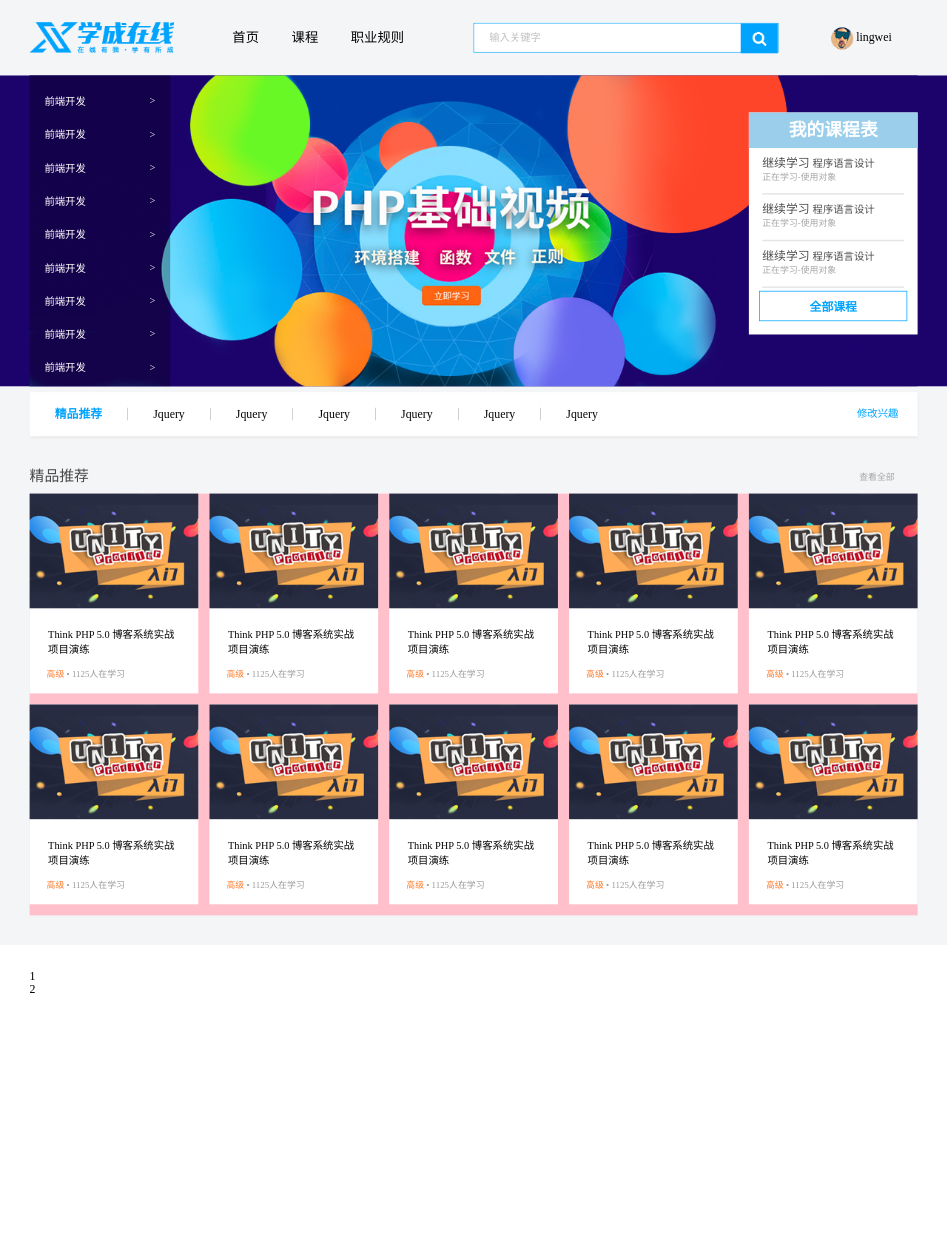
Repository: DengBiHua/xcdx
Page: index.html
These files come from the project's save history. The page is drawn as it stood at one moment and after the next save; the edit follows.
The browser window is 1280 px wide. The pictures show the whole page, at 74% of full size.

Above is the page before, as saved 2022-04-15 10:53:38.

### index.html
<!DOCTYPE html>
<html lang="en">
<head>
    <meta charset="UTF-8">
    <meta http-equiv="X-UA-Compatible" content="IE=edge">
    <meta name="viewport" content="width=device-width, initial-scale=1.0">
    <title>学成在线</title>
    <link rel="stylesheet" href="css/index.css">
</head>
<body>
    <!-- 头部 -->
    <div class="header wrapper">
        <h1>
            <a href="#">
                <img src="images/logo.png" alt="">
            </a>
        </h1>
        <!-- 导航 -->
        <div class="nav">
            <ul>
                <li><a href="#">首页</a></li>
                <li><a href="#">课程</a></li>
                <li><a href="#">职业规则</a></li>
            </ul>
        </div>
        <!-- 搜索 -->
        <div class="search">
            <input type="text" placeholder="输入关键字">
            <button></button>
        </div>
        <!-- 用户 -->
        <div class="user">
            <img src="./images/user.png" alt="">
            <span>lingwei</span>
        </div>
    </div>
    <div class="banner">
        <div class="wrapper">
            <div class="left">
                <ul>
                    <li><a href="#">前端开发<span>></span></a></li>
                    <li><a href="#">前端开发<span>></span></a></li>
                    <li><a href="#">前端开发<span>></span></a></li>
                    <li><a href="#">前端开发<span>></span></a></li>
                    <li><a href="#">前端开发<span>></span></a></li>
                    <li><a href="#">前端开发<span>></span></a></li>
                    <li><a href="#">前端开发<span>></span></a></li>
                    <li><a href="#">前端开发<span>></span></a></li>
                    <li><a href="#">前端开发<span>></span></a></li>
                </ul>
            </div>
            <div class="right">
                <h2>我的课程表</h2>
                <div class="content">
                    <dl>
                        <dt>
                            <span class="titleLeft">继续学习</span>
                            <span class="titleRight">程序语言设计</span>
                        </dt>
                        <dd>正在学习-使用对象</dd>
                    </dl>
                    <dl>
                        <dt>
                            <span class="titleLeft">继续学习</span>
                            <span class="titleRight">程序语言设计</span>
                        </dt>
                        <dd>正在学习-使用对象</dd>
                    </dl>
                    <dl>
                        <dt>
                            <span class="titleLeft">继续学习</span>
                            <span class="titleRight">程序语言设计</span>
                        </dt>
                        <dd>正在学习-使用对象</dd>
                    </dl>
                </div>
                <a href="#" class="all">全部课程</a>
            </div>
        </div>
    </div>
    <!-- 精品推荐 -->
    <div class="recommend wrapper">
        <h2>精品推荐</h2>
        <ul>
            <li><a href="#">Jquery</a></li>
            <li><a href="#">Jquery</a></li>
            <li><a href="#">Jquery</a></li>
            <li><a href="#">Jquery</a></li>
            <li><a href="#">Jquery</a></li>
            <li><a href="#">Jquery</a></li>
        </ul>
        <a href="#" class="interest">修改兴趣</a>
    </div>
    <div class="recommendDetail wrapper">
        <div class="title">
            <h2>精品推荐</h2>
            <a href="#">查看全部</a>
        </div>
        <div class="content clearfix">
            <ul>
                <li>
                    <a href="#">
                        <img src="./images/course07.png" alt="">
                        <h3>Think PHP 5.0 博客系统实战项目演练</h3>
                        <p><span>高级</span>  •  1125人在学习</p>
                    </a>
                </li>
                <li>
                    <a href="#">
                        <img src="./images/course07.png" alt="">
                        <h3>Think PHP 5.0 博客系统实战项目演练</h3>
                        <p><span>高级</span>  •  1125人在学习</p>
                    </a>
                </li>
                <li>
                    <a href="#">
                        <img src="./images/course07.png" alt="">
                        <h3>Think PHP 5.0 博客系统实战项目演练</h3>
                        <p><span>高级</span>  •  1125人在学习</p>
                    </a>
                </li>
                <li>
                    <a href="#">
                        <img src="./images/course07.png" alt="">
                        <h3>Think PHP 5.0 博客系统实战项目演练</h3>
                        <p><span>高级</span>  •  1125人在学习</p>
                    </a>
                </li>
                <li>
                    <a href="#">
                        <img src="./images/course07.png" alt="">
                        <h3>Think PHP 5.0 博客系统实战项目演练</h3>
                        <p><span>高级</span>  •  1125人在学习</p>
                    </a>
                </li>
                <li>
                    <a href="#">
                        <img src="./images/course07.png" alt="">
                        <h3>Think PHP 5.0 博客系统实战项目演练</h3>
                        <p><span>高级</span>  •  1125人在学习</p>
                    </a>
                </li>
                <li>
                    <a href="#">
                        <img src="./images/course07.png" alt="">
                        <h3>Think PHP 5.0 博客系统实战项目演练</h3>
                        <p><span>高级</span>  •  1125人在学习</p>
                    </a>
                </li>
                <li>
                    <a href="#">
                        <img src="./images/course07.png" alt="">
                        <h3>Think PHP 5.0 博客系统实战项目演练</h3>
                        <p><span>高级</span>  •  1125人在学习</p>
                    </a>
                </li>
                <li>
                    <a href="#">
                        <img src="./images/course07.png" alt="">
                        <h3>Think PHP 5.0 博客系统实战项目演练</h3>
                        <p><span>高级</span>  •  1125人在学习</p>
                    </a>
                </li>
                <li>
                    <a href="#">
                        <img src="./images/course07.png" alt="">
                        <h3>Think PHP 5.0 博客系统实战项目演练</h3>
                        <p><span>高级</span>  •  1125人在学习</p>
                    </a>
                </li>
            </ul>
        </div>
    </div>
    <div class="footer">
        <div class="wrapper">
            <div class="left">1</div>
            <div class="right">2</div>
        </div>
    </div>
</body>
</html>

### css/index.css
/* css代码顺序
1、浮动/display
2、盒子模型
3、文字样式
 */

/* 通用模版 */
* {
    margin: 0;
    padding: 0;
    /* 内减模式 */
    box-sizing: border-box;
}
li {
    /* 清除列表前方小圆点 */
    list-style-type: none;
}
a {
    /* 去除超链接文字的下划线 */
    text-decoration: none;
}
.clearfix::before,.clearfix::after {
    content: "";
    display: table;
}
.clearfix::after {
    clear: both;
}

/* 版心 */
.wrapper {
    width: 1200px;
    margin: 0 auto;
}

body {
    background-color: #f3f5f7;
}

/* 头部 */
.header {
    height: 42px;
    margin: 30px auto;
}

h1 {
    float: left;
}

/* 导航 */
.nav {
    float: left;

    height: 42px;
    margin-left: 70px;
}

.nav li {
    float: left;

    margin-right: 26px;
}

.nav li a {
    display: block;

    padding: 0 9px;
    height: 42px;
    line-height: 42px;

    font-size: 18px;
    color: #050505;
}

.nav li a:hover {
    border-bottom: 2px solid #00a4ff;
}

.search {
    float: left;
    margin-left: 59px;
    margin-top: 1px;
    width: 412px;
    height: 40px;
    border: 1px solid #00a4ff;
}

.search input {
    float: left;
    padding-left: 20px;
    width: 360px;
    height: 38px;
    border: 0;
}

.search input::placeholder {
    font-size: 14px;
    color: #bfbfbf;
}

.search button {
    float: left;
    width: 50px;
    height: 40px;
    background-image: url(../images/btn.png);
    border: 0;
}

.user {
    float: right;
    margin-right: 35px;
    height: 42px;
    line-height: 42px;
}

.user img {
    /* 调节图片垂直方向对齐方式 */
    vertical-align: middle;
}

.banner {
    height: 420px;
    background-color: #1c036c;
}

.banner .wrapper {
    height: 420px;
    background-image: url(../images/banner2.png);
}

.banner .left {
    float: left;
    padding: 0 20px;
    width: 190px;
    height: 420px;
    background-color: rgba(0, 0, 0, 0.3);
    line-height: 44px;
}

.banner ul {
    margin-top: 13px;
}

.banner a {
    font-size: 14px;
    color: #ffffff;
}

.banner a:hover {
    color: #00b4ff;
}

.banner .left span {
    float: right;
}

.banner .right {
    float: right;
    margin-top: 50px;
    width: 228px;
    height: 300px;
    background-color: #ffffff;
}

.banner .right h2 {
    height: 48px;
    background-color: #9bceea;
    font: 18px;
    color: #ffffff;
    text-align: center;
    line-height: 48px;
}

.banner .content {
    padding: 0 18px;
}

.banner .right dl {
    padding: 12px 0;
    border-bottom: 2px solid #e5e5e5;
}

.banner .right .content dt {
    color: #4e4e4e;
    line-height: 16px;
}

.banner .right .titleLeft {
    font-size: 16px;
}

.banner .right .titleRight {
    font-size: 14px;
}

.banner .right .content dd {
    color: #a5a5a5;
    font-size: 12px;
    line-height: 20px;
}

.banner .right .all {
    display: block;
    margin: 4px auto 0;
    width: 200px;
    height: 41px;
    border: 1px solid #00a4ff;
    font-weight: 700;
    font-size: 16px;
    color: #00a4ff;
    text-align: center;
    line-height: 41px;
}

.recommend {
    margin-top: 8px;
    height: 60px;
    background-color: #ffffff;
    box-shadow: 0px 2px 3px 0px rgba(118, 118, 118, 0.2);
    line-height: 60px;
}

.recommend h2 {
    float: left;
    width: 132px;
    text-align: center;
    font-size: 16px;
    font-weight: bold;
    color: #00a4ff;
}

.recommend ul {
    float: left;
}

.recommend ul li {
    float: left;
}

.recommend ul li a {
    padding: 0 34px;
    border-left: 1px solid #bfbfbf;
    font-size: 16px;
    color: #050505;
}

.recommend .interest {
    float: right;
    padding: 0 26px;
    font-size: 14px;
    color: #00a4ff;
}

.recommendDetail {
    margin-top: 37px;
}

.recommendDetail .title {
    height: 40px;
}

.recommendDetail .title h2 {
    float: left;
    font-size: 20px;
    color: #494949;
    font-weight: 400;
}

.recommendDetail .title a {
    float: right;
    padding: 8px 31px 0;
    font-size: 12px;
    color: #a5a5a5;
}

.recommendDetail .content {
    background-color: pink;
}

.recommendDetail .content li {
    float: left;
    margin-right: 15px;
    margin-bottom: 15px;
}

.recommendDetail .content li:nth-child(5n) {
    margin-right: 0px;
}

.recommendDetail .content a {
    display: block;
    width: 228px;
    height: 270px;
    background-color: #ffffff;
}

.recommendDetail .content h3 {
    margin: 20px 25px 0;
    font-size: 14px;
    font-weight: 400;
    color: #050505;
}

.recommendDetail .content p {
    margin-left: 23px;
    margin-top: 15px;
    font-size: 12px;
    color: #999999;
}

.recommendDetail .content p span {
    color: #ff7c2d;
}

.footer {
    margin-top: 40px;
    padding-top: 33px;
    height: 417px;
    background-color: #ffffff;
}

After the next save:
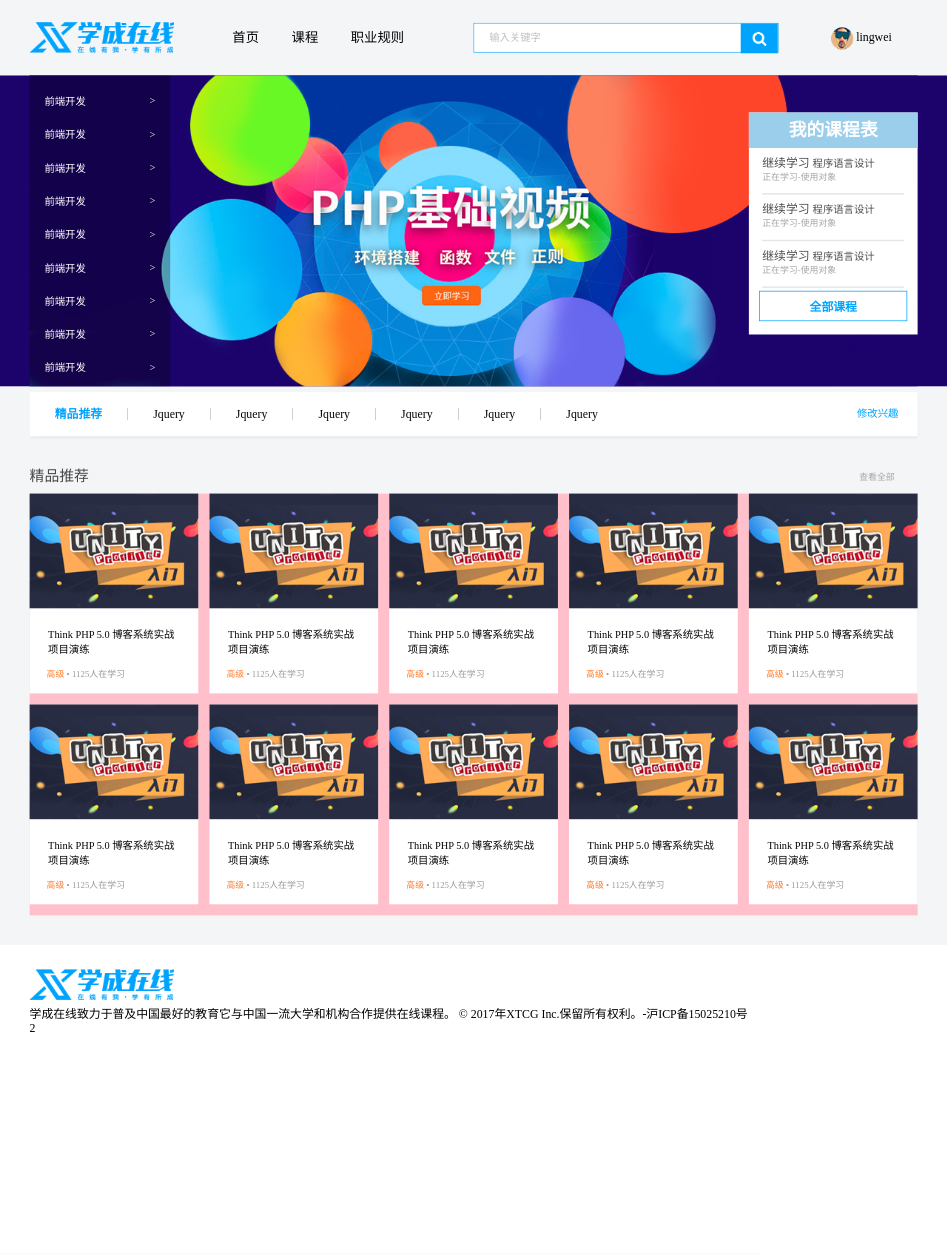
Saved 117 s later.
--- a/index.html
+++ b/index.html
@@ -173,7 +173,12 @@
     </div>
     <div class="footer">
         <div class="wrapper">
-            <div class="left">1</div>
+            <div class="left">
+                <img src="./images/logo.png" alt="">
+                <p>学成在线致力于普及中国最好的教育它与中国一流大学和机构合作提供在线课程。
+                    © 2017年XTCG Inc.保留所有权利。-沪ICP备15025210号</p>
+                <a href="#"></a>
+            </div>
             <div class="right">2</div>
         </div>
     </div>
